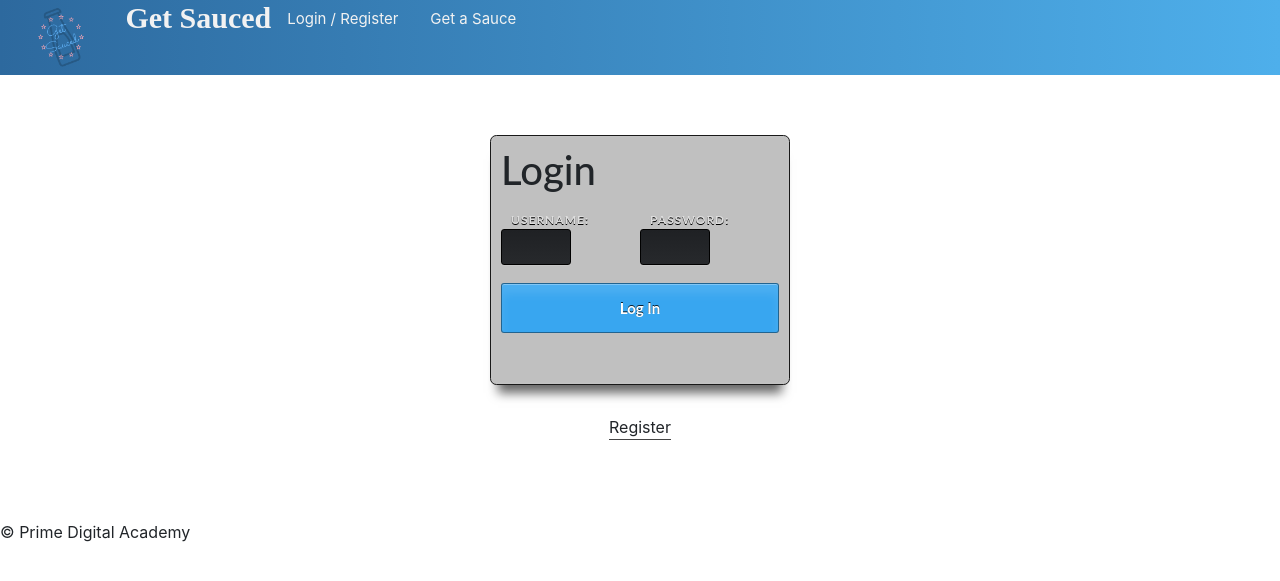
Repository: cossalter18/getSauced
Page: /
The author's editor kept a copy of each file at every save. The page is drawn from the files as they stood at one save, then again after the next save.
The browser window is 1280 px wide. The pictures show the whole page.
The page's requests for data from a server got no answer. The project was rebuilt for these pictures with package versions that can differ from the ones it lists, and the page was loaded fresh each time. No one was signed in, and anything a server would have sent is missing. Also part of the build but not shown: src/components/LogOutButton/LogOutButton.js, src/components/RegisterPage/RegisterPage.js, src/components/AboutPage/AboutPage.css, src/components/AboutPage/AboutPage.js, src/components/UserPage/UserPage.js, src/components/BlogPost/BlogPost.js, src/components/NewPost/NewPost.css, src/components/NewPost/NewPost.js and 8 more.

Above is the page before, as saved 2020-06-03 11:28:16.

### src/index.js
import React from 'react';
import ReactDOM from 'react-dom';
import { createStore, applyMiddleware } from 'redux';
import { Provider } from 'react-redux';
import createSagaMiddleware from 'redux-saga';
import logger from 'redux-logger';

import rootReducer from './redux/reducers'; // imports ./redux/reducers/index.js
import rootSaga from './redux/sagas'; // imports ./redux/sagas/index.js

import App from './components/App/App';

import '../node_modules/bootstrap/dist/css/bootstrap.min.css'

const sagaMiddleware = createSagaMiddleware();

// this line creates an array of all of redux middleware you want to use
// we don't want a whole ton of console logs in our production code
// logger will only be added to your project if your in development mode
const middlewareList = process.env.NODE_ENV === 'development' ?
  [sagaMiddleware, logger] :
  [sagaMiddleware];

const store = createStore(
  // tells the saga middleware to use the rootReducer
  // rootSaga contains all of our other reducers
  rootReducer,
  // adds all middleware to our project including saga and logger
  applyMiddleware(...middlewareList),
);

// tells the saga middleware to use the rootSaga
// rootSaga contains all of our other sagas
sagaMiddleware.run(rootSaga);

ReactDOM.render(
  <Provider store={store}>
    <App />
  </Provider>,
  document.getElementById('react-root'),
);

### src/redux/reducers/index.js
import { combineReducers } from 'redux';
import errors from './errorsReducer';
import loginMode from './loginModeReducer';
import user from './userReducer';
import threadReducer from './threadsReducer'
import {reducer as formReducer} from 'redux-form'
import favoritesReducer from './favoritesReducer'
import getDetailsReducer from './getDetailsReducer'
import randomReducer from './randomReducer'

// rootReducer is the primary reducer for our entire project
// It bundles up all of the other reducers so our project can use them.
// This is imported in index.js as rootSaga

// Lets make a bigger object for our store, with the objects from our reducers.
// This is what we get when we use 'state' inside of 'mapStateToProps'
const rootReducer = combineReducers({
  errors, // contains registrationMessage and loginMessage
  loginMode, // will have a value of 'login' or 'registration' to control which screen is shown
  user, // will have an id and username if someone is logged in
  threadReducer,
  formReducer,
  favoritesReducer,
  getDetailsReducer,
  randomReducer
});

export default rootReducer;

### src/redux/sagas/index.js
import { all } from 'redux-saga/effects';
import loginSaga from './loginSaga';
import registrationSaga from './registrationSaga';
import userSaga from './userSaga';
import getThreadSaga from './getThreadsSaga'
import newPostSaga from './newPostSaga'
import deleteSaga from './deleteSaga'
import getFavoritesSaga from './getFavoritesSaga'
import getDetailsSaga from './getDetailsSaga'
import updatePostSaga from './updatePostSaga'
import addFavoritesSaga from './addFavoritesSaga'
import getRandomSaga from './getRandom'
// rootSaga is the primary saga.
// It bundles up all of the other sagas so our project can use them.
// This is imported in index.js as rootSaga

// some sagas trigger other sagas, as an example
// the registration triggers a login
// and login triggers setting the user
export default function* rootSaga() {
  yield all([
    loginSaga(),
    registrationSaga(),
    userSaga(),
    getThreadSaga(),
    newPostSaga(),
    deleteSaga(),
    getFavoritesSaga(),
    getDetailsSaga(),
    updatePostSaga(),
    addFavoritesSaga(),
    getRandomSaga()
  ]);
}

### src/redux/reducers/errorsReducer.js
import { combineReducers } from 'redux';

// loginMessage holds the string that will display
// on the login screen if there's an error
const loginMessage = (state = '', action) => {
  switch (action.type) {
    case 'CLEAR_LOGIN_ERROR':
      return '';
    case 'LOGIN_INPUT_ERROR':
      return 'Enter your username and password!';
    case 'LOGIN_FAILED':
      return 'Oops! The username and password didn\'t match. Try again!';
    case 'LOGIN_FAILED_NO_CODE':
      return 'Oops! Something went wrong! Is the server running?';
    default:
      return state;
  }
};

// registrationMessage holds the string that will display
// on the registration screen if there's an error
const registrationMessage = (state = '', action) => {
  switch (action.type) {
    case 'CLEAR_REGISTRATION_ERROR':
      return '';
    case 'REGISTRATION_INPUT_ERROR':
      return 'Choose a username and password!';
    case 'REGISTRATION_FAILED':
      return 'Oops! That didn\'t work. The username might already be taken. Try again!';
    default:
      return state;
  }
};

// make one object that has keys loginMessage, registrationMessage
// these will be on the redux state at:
// state.errors.loginMessage and state.errors.registrationMessage
export default combineReducers({
  loginMessage,
  registrationMessage,
});

### src/redux/reducers/threadsReducer.js
const threadsReducer = (state = [], action) => {
  switch (action.type) {
    case "SET_THREADS":
      return action.payload;
    default:
      return state;
  }
};

export default threadsReducer;

### src/redux/reducers/favoritesReducer.js
const favoritesReducer = (state = [], action) => {
    switch (action.type) {
        case "SET_FAVORITES":
            return action.payload;
        default:
            return state;
    }
};

export default favoritesReducer;

### src/redux/reducers/getDetailsReducer.js
const getDetailsReducer = (state = {}, action) => {
    switch (action.type) {
        case "SET_DETAILS":
            return action.payload[0];
        default:
            return state;
    }
};

export default getDetailsReducer;

### src/redux/reducers/randomReducer.js
const randomReducer = (state = [], action) => {
    switch (action.type) {
        case "SET_RANDOM":
            return action.payload;
        default:
            return state;
    }
};

export default randomReducer;

### src/redux/sagas/loginSaga.js
import { put, takeLatest } from 'redux-saga/effects';
import axios from 'axios';

// worker Saga: will be fired on "LOGIN" actions
function* loginUser(action) {
  try {
    // clear any existing error on the login page
    yield put({ type: 'CLEAR_LOGIN_ERROR' });

    const config = {
      headers: { 'Content-Type': 'application/json' },
      withCredentials: true,
    };

    // send the action.payload as the body
    // the config includes credentials which
    // allow the server session to recognize the user
    yield axios.post('/api/user/login', action.payload, config);

    // after the user has logged in
    // get the user information from the server
    yield put({type: 'FETCH_USER'});
  } catch (error) {
    console.log('Error with user login:', error);
    if (error.response.status === 401) {
      // The 401 is the error status sent from passport
      // if user isn't in the database or
      // if the username and password don't match in the database
      yield put({ type: 'LOGIN_FAILED' });
    } else {
      // Got an error that wasn't a 401
      // Could be anything, but most common cause is the server is not started
      yield put({ type: 'LOGIN_FAILED_NO_CODE' });
    }
  }
}

// worker Saga: will be fired on "LOGOUT" actions
function* logoutUser(action) {
  try {
    const config = {
      headers: { 'Content-Type': 'application/json' },
      withCredentials: true,
    };

    // the config includes credentials which
    // allow the server session to recognize the user
    // when the server recognizes the user session
    // it will end the session
    yield axios.post('/api/user/logout', config);

    // now that the session has ended on the server
    // remove the client-side user object to let
    // the client-side code know the user is logged out
    yield put({ type: 'UNSET_USER' });

  } catch (error) {
    console.log('Error with user logout:', error);
  }
}

function* loginSaga() {
  yield takeLatest('LOGIN', loginUser);
  yield takeLatest('LOGOUT', logoutUser);
}

export default loginSaga;

### src/redux/sagas/registrationSaga.js
import { put, takeLatest } from 'redux-saga/effects';
import axios from 'axios';

// worker Saga: will be fired on "REGISTER" actions
function* registerUser(action) {
  try {
    // clear any existing error on the registration page
    yield put({ type: 'CLEAR_REGISTRATION_ERROR' });

    // passes the username and password from the payload to the server
    yield axios.post('/api/user/register', action.payload);

    // automatically log a user in after registration
    yield put({ type: 'LOGIN', payload: action.payload });

    // set to 'login' mode so they see the login screen
    // after registration or after they log out
    yield put({type: 'SET_TO_LOGIN_MODE'});
  } catch (error) {
      console.log('Error with user registration:', error);
      yield put({type: 'REGISTRATION_FAILED'});
  }
}

function* registrationSaga() {
  yield takeLatest('REGISTER', registerUser);
}

export default registrationSaga;

### src/redux/sagas/userSaga.js
import axios from 'axios';
import { put, takeLatest } from 'redux-saga/effects';

// worker Saga: will be fired on "FETCH_USER" actions
function* fetchUser() {
  try {
    const config = {
      headers: { 'Content-Type': 'application/json' },
      withCredentials: true,
    };

    // the config includes credentials which
    // allow the server session to recognize the user
    // If a user is logged in, this will return their information
    // from the server session (req.user)
    const response = yield axios.get('/api/user', config);

    // now that the session has given us a user object
    // with an id and username set the client-side user object to let
    // the client-side code know the user is logged in
    yield put({ type: 'SET_USER', payload: response.data });
  } catch (error) {
    console.log('User get request failed', error);
  }
}

function* userSaga() {
  yield takeLatest('FETCH_USER', fetchUser);
}

export default userSaga;

### src/redux/sagas/getThreadsSaga.js
import axios from "axios";
import { put, takeEvery } from "redux-saga/effects";

function* getThreads() {
  try {
    const response = yield axios.get("/api/threads");
    console.log("++++++++++++++", response.data)
    yield put({ type: "SET_THREADS", payload: response.data });

  } catch (error) {
    console.log("Error in GET", error);
  }
}

function* threadSaga() {
  yield takeEvery("GET_THREADS", getThreads);
}

export default threadSaga;

### src/redux/sagas/newPostSaga.js
import axios from "axios";
import { put, takeEvery } from "redux-saga/effects";

function* addPost(action) {
  try {
   console.log("action.payload!!!!!!!!!!!!!", action.payload);
   const response = yield axios.post('/api/threads', action.payload);
   yield put({ type: "GET_THREADS"})

  }catch (error){
      console.log(error);
  }
}

function* newPostSaga() {
  yield takeEvery("NEW_POST", addPost);
}

export default newPostSaga;

//we are going to reuse SET_THREADS reducer

### src/redux/sagas/deleteSaga.js
import axios from "axios";
import { put, takeEvery } from "redux-saga/effects";

function* deletePost(action) {
    try {
        console.log('action.payload =======', action.payload);
        console.log('!!!!!!!!!!!!!!!!!!!!!', action);

        const response = yield axios.delete(`/api/threads/${action.payload}`)
        yield put ({type: "GET_THREADS", payload: response.data})
    } catch (error) {
        console.log("Error in DELETE!!!!!!!!!!!!!!", error);
    }
}

function* deleteSaga() {
    yield takeEvery("DELETE_POST", deletePost);
}

export default deleteSaga;

### src/redux/sagas/getFavoritesSaga.js
import axios from "axios";
import { put, takeEvery } from "redux-saga/effects";

function* getFavorites() {
  try {
    const response = yield axios.get("/api/favorites");
    console.log("!!! FAVORITES !!! ========>", response.data);
    yield put({ type: "SET_FAVORITES", payload: response.data });
  } catch (error) {
    console.log("Error in GET", error);
  }
}

function* getFavoritesSaga() {
  yield takeEvery("GET_FAVORITES", getFavorites);
}

export default getFavoritesSaga;

### src/redux/sagas/getDetailsSaga.js
import axios from "axios";
import { put, takeEvery } from "redux-saga/effects";

function* getDetail(action) {
    try {
        const id = action.payload
        const response = yield axios.get(`/api/threads/blog/${id}`);
        console.log("MADE IT TO getDetail SAGA!!!!!!")
        yield put({ type: "SET_DETAILS", payload: response.data });
    } catch (error) {
        console.log("Error in GET", error);
    }
}

function* getDetailsSaga() {
    yield takeEvery("GET_DETAILS", getDetail);
}

export default getDetailsSaga;

### src/redux/sagas/updatePostSaga.js
import axios from "axios";
import {put, takeEvery } from "redux-saga/effects";

function* updatePost(action) {
    console.log('UpdatePost!!!!!!!!!', action.payload);

    try {
        const response = yield axios.put(`/api/threads/${action.payload.id}`, action.payload)
        console.log('IN UPDATE POST PUT', response);
        // yield put ({type: 'SET_THREADS'})

    } catch (error) {
        console.log(error);
    }
}

function* updatePostSaga() {
    yield takeEvery("UPDATE_POST", updatePost);
}

export default updatePostSaga;

### src/redux/sagas/addFavoritesSaga.js
import axios from "axios";
import { put, takeEvery } from "redux-saga/effects";

function* addFavorites() {
    try {
        const response = yield axios.post("/api/favorites");
        console.log("!!! FAVORITES !!! ========>", response.data);
        yield put({ type: "SET_FAVORITES", payload: response.data });
    } catch (error) {
        console.log("Error in FAVORITES POST", error);
    }
}

function* addFavoritesSaga() {
    yield takeEvery("ADD_FAVORITES", addFavorites);
}

export default addFavoritesSaga;

### src/redux/sagas/getRandom.js
import axios from "axios";
import { put, takeEvery } from "redux-saga/effects";

//https://spoonacular-recipe-food-nutrition-v1.p.rapidapi.com/recipes/random

function* getRandom(action) {
    console.log("IN API REQUEST:", action)
    try {
        const response = yield axios({
            "method": "GET",
            "url": "",
            "headers": {
                "content-type": "application/octet-stream",
                "x-rapidapi-host": "spoonacular-recipe-food-nutrition-v1.p.rapidapi.com",
                "x-rapidapi-key": "c31d4b7038mshacdc5b1ac5dafd5p11278fjsnc256fb5cf578",
                "useQueryString": true
            }, "params": {
                "number": "1",
                "tags": "sauce"
            }
        })
        yield put({ type: "SET_RANDOM", payload: response.data.recipes });
    } catch (error) {
        console.log("Error in GET", error);
    }
}

function* getRandomSaga() {
    yield takeEvery("GET_RANDOM", getRandom);
}

export default getRandomSaga;

### src/components/Nav/Nav.js
import React from "react";
import { Link } from "react-router-dom";
import { connect } from "react-redux";
import LogOutButton from "../LogOutButton/LogOutButton";
import "./Nav.css";

const Nav = (props) => (
  <div className="nav">
    <Link to="/home">
      <img className="logo" src="GetSauced.png" alt="logo" />
      <h2 className="nav-title">Get Sauced</h2>
    </Link>
    <div className="nav-right">
      <Link className="nav-link" to="/home">
        {/* Show this link if they are logged in or not,
        but call this link 'Home' if they are logged in,
        and call this link 'Login / Register' if they are not */}
        {props.user.id ? "Home" : "Login / Register"}
      </Link>
      {/* Show the link to the info page and the logout button if the user is logged in */}
      {props.user.id && (
        <>
          <Link className="nav-link" to="/info">
            Blog Post
          </Link>
          <Link className="nav-link" to="/favorite">
            Favorites
          </Link>
          <Link className="nav-link" to="/profile">
            Profile
          </Link>
          {/* <LogOutButton className="nav-link" /> */}
        </>

      )}
      {/* Always show this link since the about page is not protected */}
      <Link className="nav-link" to="/about">
        Get a Sauce
      </Link>
    </div>
  </div>
);

// Instead of taking everything from state, we just want the user
// object to determine if they are logged in
// if they are logged in, we show them a few more links
// if you wanted you could write this code like this:
// const mapStateToProps = ({ user }) => ({ user });
const mapStateToProps = (state) => ({
  user: state.user,
});

export default connect(mapStateToProps)(Nav);

### src/components/App/App.css
body {
    font-family: 'Segoe UI', Tahoma, Geneva, Verdana, sans-serif;
    margin: 0px;
}

.alert {
    background-color: #ff4545;
    margin: 50px;
}

form {
    background-color: #dbd5d5;
    width: 30%;
    height: 250px;
    margin: 20px auto;
    padding: 25px;
    border-radius: 2px;
}

input {
    margin: 5px;
    margin-bottom: 10px;
}

.log-in, .log-out, .register {
  background-image: linear-gradient(to right, #2d699e, #4eafeb);
  border-radius: 4px;
  color: #f8f8f8;
  min-height: 50px;
  min-width: 100px;
  outline:0;
  cursor: pointer;
}

.log-in:hover, .log-out:hover, .register:hover {
  background-color: #008183;
}

/* This line makes the "Register" and "Login" buttons look like links */
.link-button {
    background:none;
    color:inherit;
    border:none;
    padding:0;
    font: inherit;
    outline:0;
    border-bottom:1px solid #444;
    cursor: pointer;
}

### src/components/Nav/Nav.css
.nav-title {
    font-size: 30px;
    font-weight: 700;
    display: inline-block;
    color: #f2f2f2;
    padding-left: 10px;
    font-family: "SignPainter";
}

.nav {
  overflow: hidden;
  background-image: linear-gradient(to right, #2d699e, #4eafeb)
}

.nav-link {
  float: left;
  color: #f2f2f2;
  /* background-color: #00acb0; */
  text-align: center;
  padding: 24px 10px;
  text-decoration: none;
  font-size: 15px;

  /* these last two make the logout button in
  the nav bar look like another link */
  border:none;
  /* cursor: pointer; */
  outline:0;
}

.nav-link:hover {
  background-color: #87A8C5
}

.nav-right {
  float: right;
}

.logo {
  height:75px;
  width: auto;
  float: left;
}

### src/components/LoginPage/LoginPage.js
import React, { Component } from 'react';
import { connect } from 'react-redux';
import './LoginPage.css'

class LoginPage extends Component {
  state = {
    username: '',
    password: '',
  };

  login = (event) => {
    event.preventDefault();

    if (this.state.username && this.state.password) {
      this.props.dispatch({
        type: 'LOGIN',
        payload: {
          username: this.state.username,
          password: this.state.password,
        },
      });
    } else {
      this.props.dispatch({ type: 'LOGIN_INPUT_ERROR' });
    }
  } // end login

  handleInputChangeFor = propertyName => (event) => {
    this.setState({
      [propertyName]: event.target.value,
    });
  }

  render() {
    return (
      <div>
        {this.props.errors.loginMessage && (
          <h2
            className="alert"
            role="alert"
          >
            {this.props.errors.loginMessage}
          </h2>
        )}
        <form className="form-3" onSubmit={this.login}>
          <h1>Login</h1>
          <div>
            <label htmlFor="username">
              Username:
              <input type="text" name="username" value={this.state.username} onChange={this.handleInputChangeFor('username')}/>
            </label>
          </div>
          <div>
            <label htmlFor="password">
              Password:
              <input type="password" name="password" value={this.state.password} onChange={this.handleInputChangeFor('password')}/>
            </label>
          </div>
          <div>
            <input className="log-in" type="submit" name="submit" value="Log In"/>
          </div>
        </form>
        <center>
          <button
            type="button"
            className="link-button"
            onClick={() => {this.props.dispatch({type: 'SET_TO_REGISTER_MODE'})}}
          >
            Register
          </button>
        </center>
      </div>
    );
  }
}

// Instead of taking everything from state, we just want the error messages.
// if you wanted you could write this code like this:
// const mapStateToProps = ({errors}) => ({ errors });
const mapStateToProps = state => ({
  errors: state.errors,
});

export default connect(mapStateToProps)(LoginPage);

### src/components/BlogPost/BlogPost.css
.nav-right {
  float: right;
  margin-right: 30px;

}

h2 {
  cursor: pointer;
}

.content {
  font-size: 10px;
}

.button{
  margin: 100px;
  padding: 25px;
}


/* .container {
   width: 75%;
    height: 10rem;
    margin: auto;
    background-color:#4eafeb;
    border-radius: 10px;
} */


.container {
    box-sizing: border-box;
    width: 75%;
    height: 10rem;
    margin-top: 35px;
    margin-bottom: 8px;
    background-color:#4eafeb;
    border-radius: 10px;
    /* white-space: nowrap; */
  overflow: hidden;
  text-overflow: ellipsis;
}

.child {
 white-space: nowrap;
  overflow: hidden;
  text-overflow: ellipsis;

}


/*
.child {
 flex: 1;
    height: auto;
    margin: auto;
    border-color: red;
    border-width: 10px;
} */

### src/components/LoginPage/LoginPage.css
.form-3 {
    font-family: 'Ubuntu', 'Lato', sans-serif;
    font-weight: 400;
    /* Size and position */
    width: 300px;
    position: relative;
    margin: 60px auto 30px;
    padding: 10px;
    overflow: hidden;

    /* Styles */
    background: silver;
    border-radius: 0.4em;
    border: 1px solid #191919;
    box-shadow:
        inset 0 0 2px 1px rgba(255,255,255,0.08),
        0 16px 10px -8px rgba(0, 0, 0, 0.6);
}

.form-3 label {
    /* Size and position */
    width: 50%;
    float: left;
    padding-top: 9px;

    /* Styles */
    color: #ddd;
    font-size: 12px;
    text-transform: uppercase;
    letter-spacing: 1px;
    text-shadow: 0 1px 0 #000;
    text-indent: 10px;
    font-weight: 700;
    cursor: pointer;
}

.form-3 input[type=text],
.form-3 input[type=password] {
    /* Size and position */
    width: 50%;
    float: left;
    padding: 8px 5px;
    margin-bottom: 10px;
    font-size: 12px;

    /* Styles */
    background: linear-gradient(#1f2124, #27292c);
    border: 1px solid #000;
    box-shadow:
        0 1px 0 rgba(255,255,255,0.1);
    border-radius: 3px;

    /* Font styles */
    font-family: 'Ubuntu', 'Lato', sans-serif;
    color: #fff;

}

.form-3 input[type=text]:hover,
.form-3 input[type=password]:hover,
.form-3 label:hover ~ input[type=text],
.form-3 label:hover ~ input[type=password] {
    background: #27292c;
}

.form-3 input[type=text]:focus,
.form-3 input[type=password]:focus {
    box-shadow: inset 0 0 2px #000;
    background: #494d54;
    border-color: #51cbee;
    outline: none; /* Remove Chrome outline */
}

.form-3 label[for=remember] {
    width: auto;
    float: none;
    display: inline-block;
    text-transform: capitalize;
    font-size: 11px;
    font-weight: 400;
    letter-spacing: 0px;
    text-indent: 2px;
}

.form-3 input[type=checkbox] {
    margin-left: 10px;
    vertical-align: middle;
}

.form-3 input[type=submit] {
    /* Width and position */
    width: 100%;
    padding: 8px 5px;

    /* Styles */
    border: 1px solid #0273dd; /* Fallback */
    border: 1px solid rgba(0,0,0,0.4);
    box-shadow:
        inset 0 1px 0 rgba(255,255,255,0.3),
        inset 0 10px 10px rgba(255,255,255,0.1);
    border-radius: 3px;
    background: #38a6f0;
    cursor:pointer;

    /* Font styles */
    font-family: 'Ubuntu', 'Lato', sans-serif;
    color: white;
    font-weight: 700;
    font-size: 15px;
    text-shadow: 0 -1px 0 rgba(0,0,0,0.8);
}

.form-3 input[type=submit]:hover {
    box-shadow: inset 0 1px 0 rgba(255,255,255,0.6);
}

.form-3 input[type=submit]:active {
    background: #287db5;
    box-shadow: inset 0 0 3px rgba(0,0,0,0.6);
    border-color: #000; /* Fallback */
    border-color: rgba(0,0,0,0.9);
}

.no-boxshadow .form-3 input[type=submit]:hover {
    background: #2a92d8;
}

Loaded but not shown: public/index.html (common file); src/redux/reducers/loginModeReducer.js (common file); src/redux/reducers/userReducer.js (common file); src/components/Footer/Footer.js (common file); src/components/Footer/Footer.css (common file); src/components/App/App.js (98 lines, source omitted); src/components/ProtectedRoute/ProtectedRoute.js (66 lines, source omitted)

After the next save:
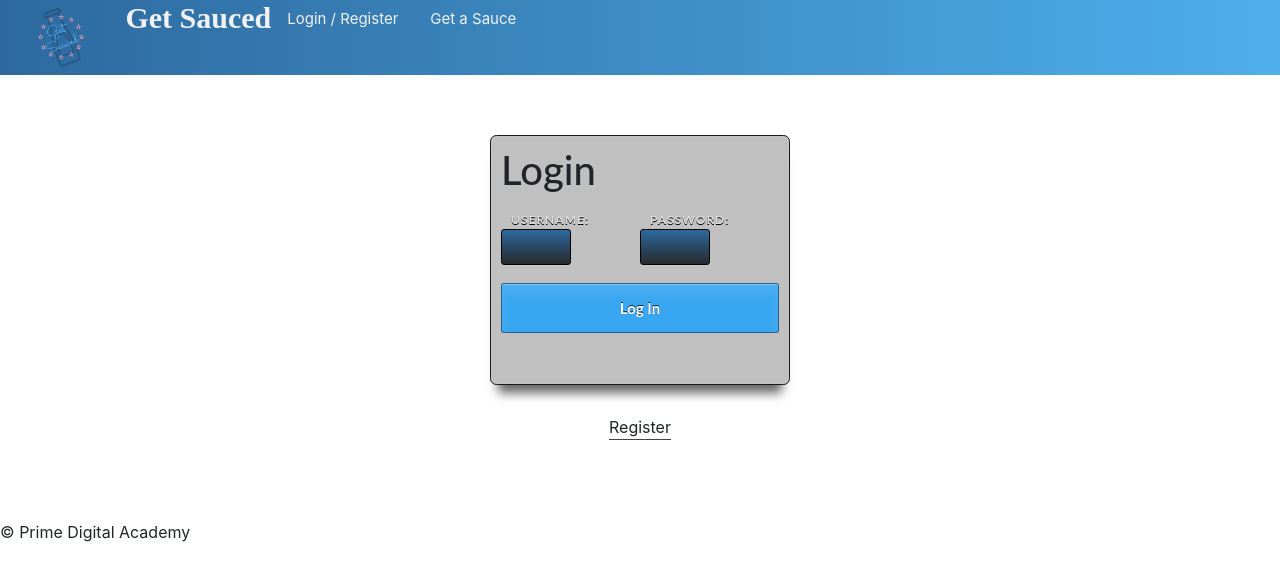
Saved 31 s later.
--- a/src/components/LoginPage/LoginPage.css
+++ b/src/components/LoginPage/LoginPage.css
@@ -44,7 +44,7 @@
     font-size: 12px;
 
     /* Styles */
-    background: linear-gradient(#1f2124, #27292c);
+    background: linear-gradient(#2d699e, #27292c);
     border: 1px solid #000;
     box-shadow:
         0 1px 0 rgba(255,255,255,0.1);
